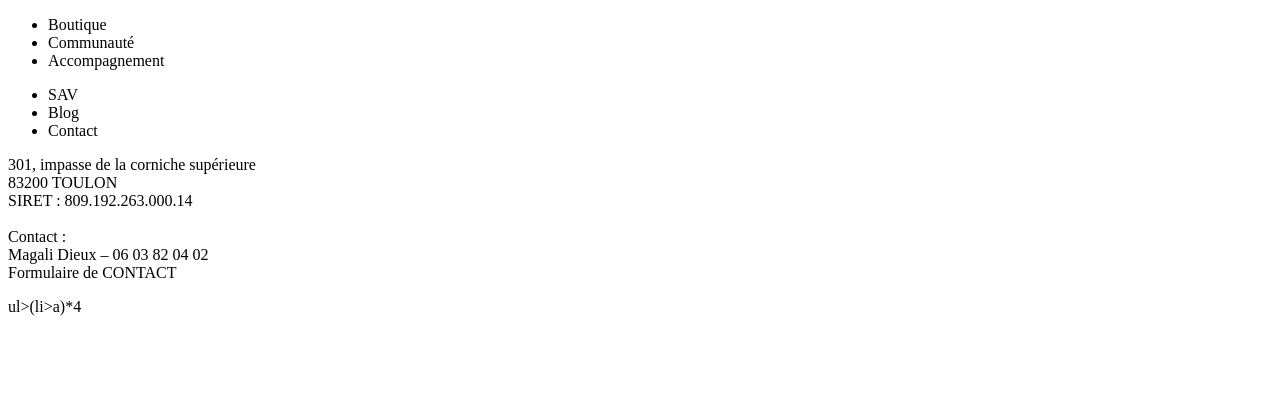
Repository: Khadija-Asa/naitre-enchantes
Page: footer.html
These files come from the project's save history. The page is drawn as it stood at one moment and after a run of saves; the edit follows.
The browser window is 1280 px wide. The pictures show the whole page.

Above is the page before, as saved 2020-11-24 22:25:13.

After the next 4 saves:
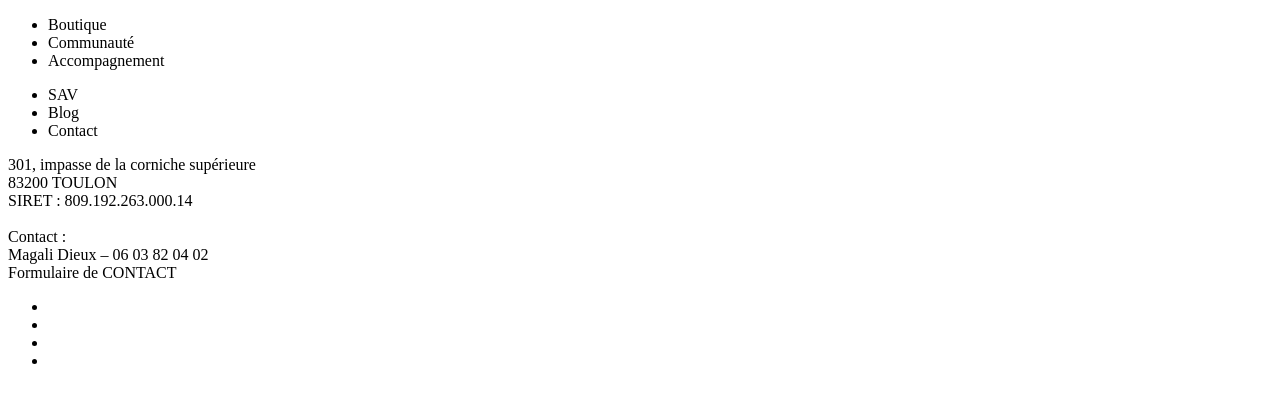
The 4 saves are shown as one change because they came seconds apart.
The last was saved 8 s later.
--- a/footer.html
+++ b/footer.html
@@ -31,8 +31,12 @@
                     Formulaire de CONTACT</p>
             </div>
             <div class="bottom_middle">
-                ul>(li>a)*4
-
+                <ul>
+                    <li><a href=""></a></li>
+                    <li><a href=""></a></li>
+                    <li><a href=""></a></li>
+                    <li><a href=""></a></li>
+                </ul>
             </div>
             <div class="bottom_right"></div>
         </div>

After the save that followed:
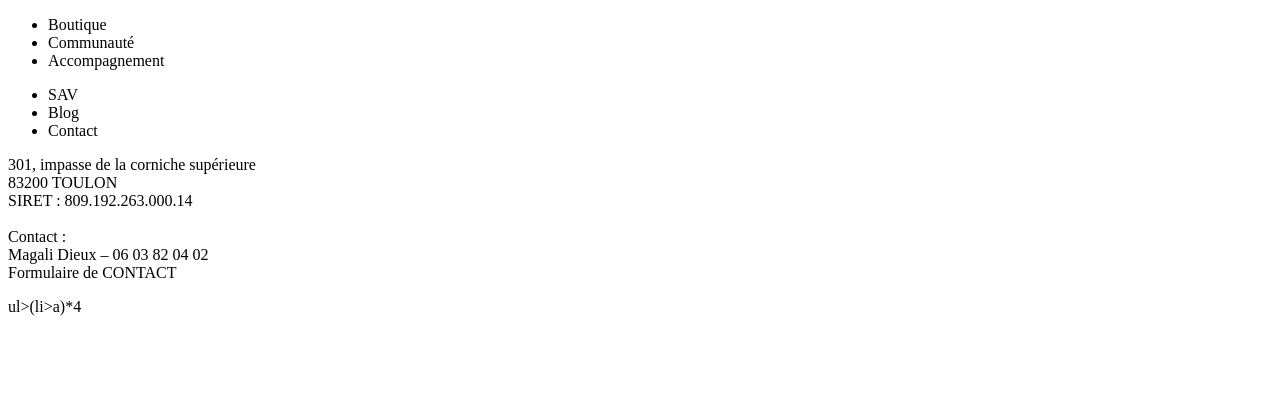
Saved 16 s later.
--- a/footer.html
+++ b/footer.html
@@ -31,12 +31,7 @@
                     Formulaire de CONTACT</p>
             </div>
             <div class="bottom_middle">
-                <ul>
-                    <li><a href=""></a></li>
-                    <li><a href=""></a></li>
-                    <li><a href=""></a></li>
-                    <li><a href=""></a></li>
-                </ul>
+                ul>(li>a)*4
             </div>
             <div class="bottom_right"></div>
         </div>
